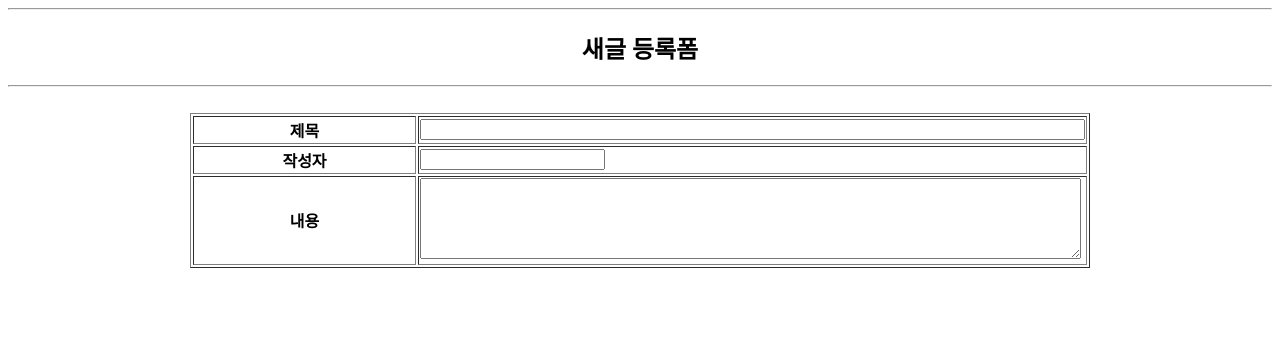
Repository: sunnny10/web-workspace
Page: http://localhost/Mission-Web/jsp/board/writeForm.jsp
The author's editor kept a copy of each file at every save. The page is drawn from the files as they stood at one save, then again after the next save.
The browser window is 1280 px wide. The pictures show the whole page.
The page is served by Tomcat 9.

Above is the page before, as saved 2022-06-02 08:13:39.

After the next save:
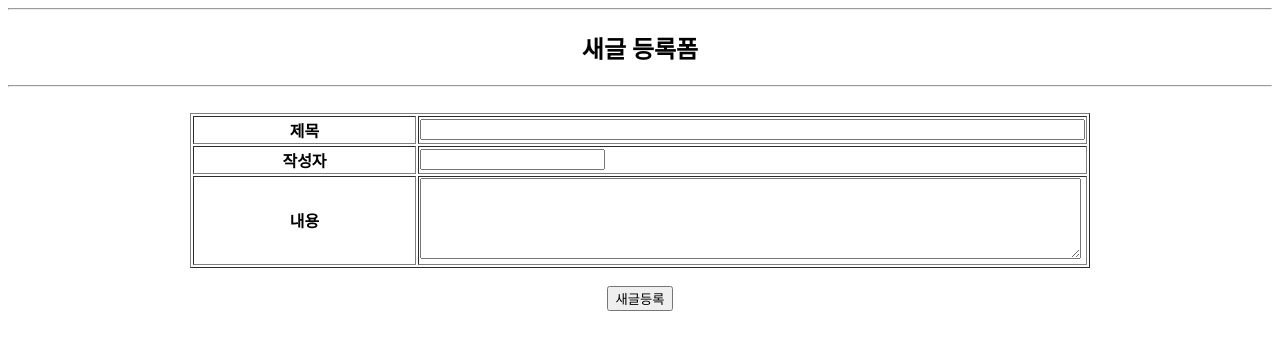
Saved 100 s later.
--- a/Mission-Web/src/main/webapp/jsp/board/writeForm.jsp
+++ b/Mission-Web/src/main/webapp/jsp/board/writeForm.jsp
@@ -29,6 +29,8 @@
 					</td>
 				</tr>
 			</table>
+			<br>
+			<input type="submit" value="새글등록">
 		</form>
 	</div>
 </body>
